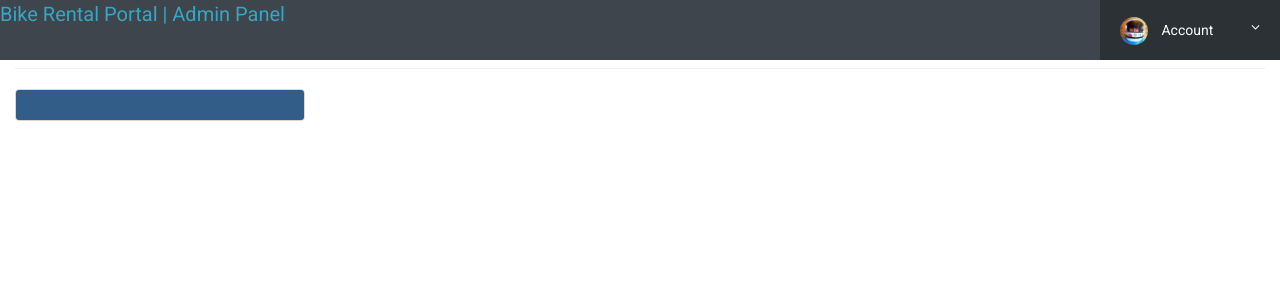
Repository: Het95/Bike-Rental-JSP
Page: http://localhost/AJOep/admin/dashboard.jsp
The author's editor kept a copy of each file at every save. The page is drawn from the files as they stood at one save, then again after the next save.
The browser window is 1280 px wide. The pictures show the whole page.
The page is served by Tomcat 9.

Above is the page before, as saved 2020-06-01 08:33:15.

After the next save:
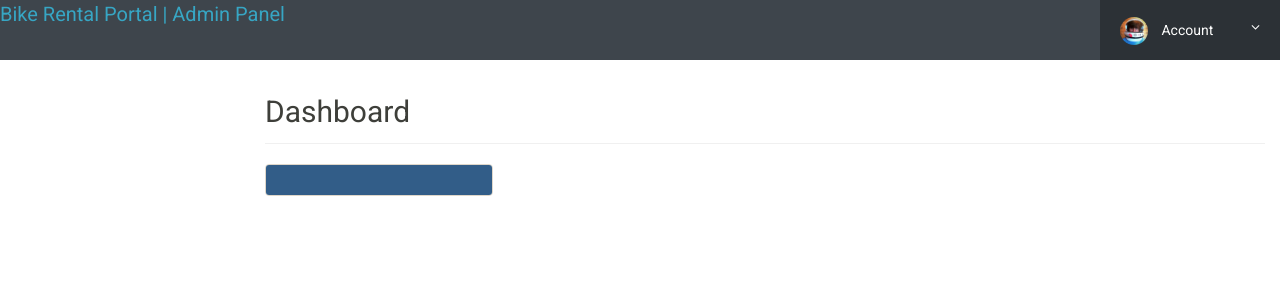
Saved 88 s later.
--- a/AJOep/WebContent/admin/dashboard.jsp
+++ b/AJOep/WebContent/admin/dashboard.jsp
@@ -40,7 +40,7 @@
 			</li>
 		</ul>
 	</div>
-
+	<div class="ts-main-content">
 			<div class="content-wrapper">
 			<div class="container-fluid">
 
@@ -67,6 +67,8 @@
 </div>
 </div>
 </div>
+</div>
+
 	<!-- Loading Scripts -->
 	<script src="js/jquery.min.js"></script>
 	<script src="js/bootstrap-select.min.js"></script>
